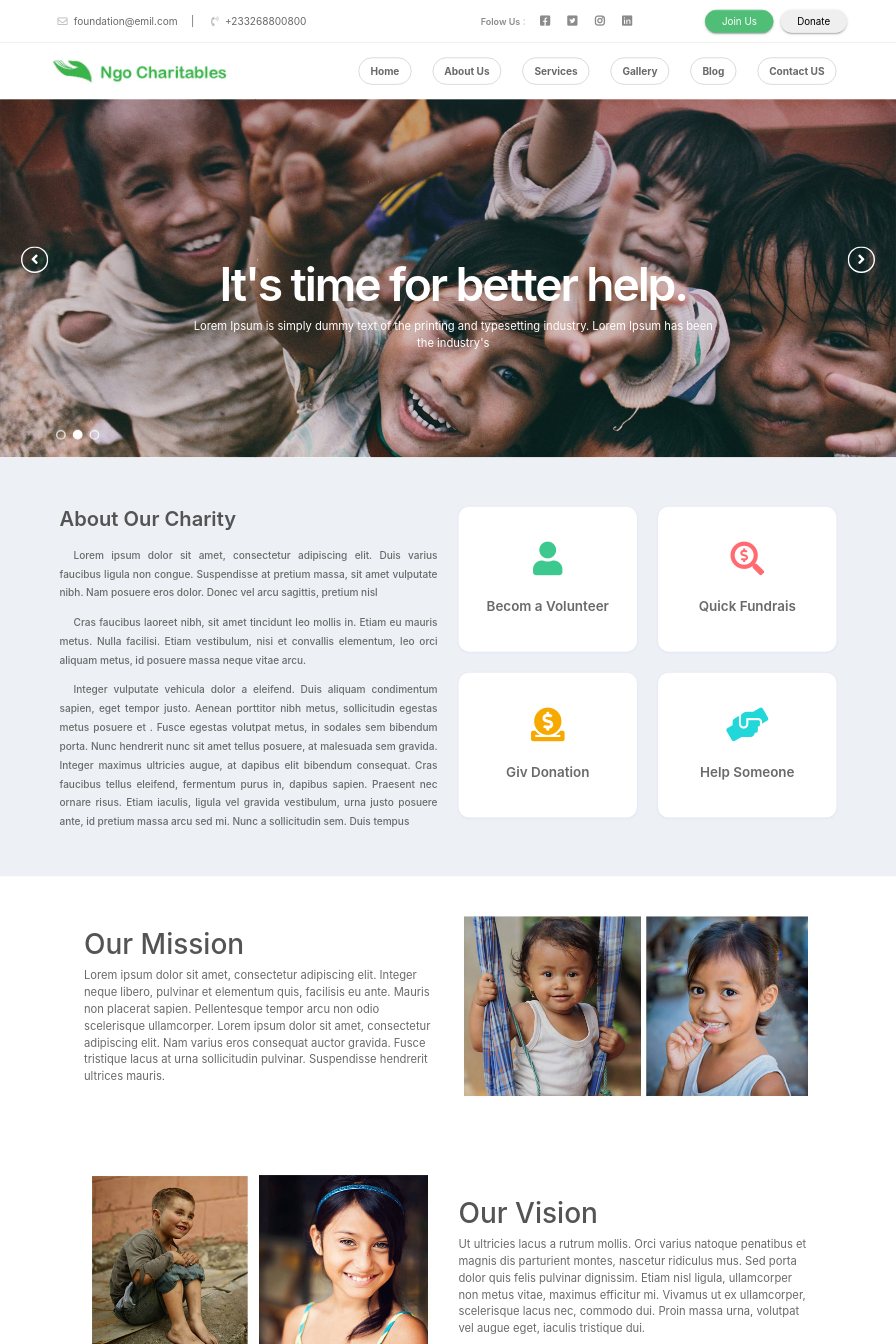
Repository: charisad/ngowebsite
Page: index.html
An editor plug-in stored every save of this project. The page is shown before and after a run of saves, followed by the edit.
The browser window is 1280 px wide. The pictures show the part of the page from y = 0 to 1920 px (the page is 5027 px tall before and 5055 px after), at 70% of full size.
Backgrounds fixed to the window are drawn as part of the page.

Above is the page before, as saved 2022-11-25 15:50:37.

After the next 4 saves:
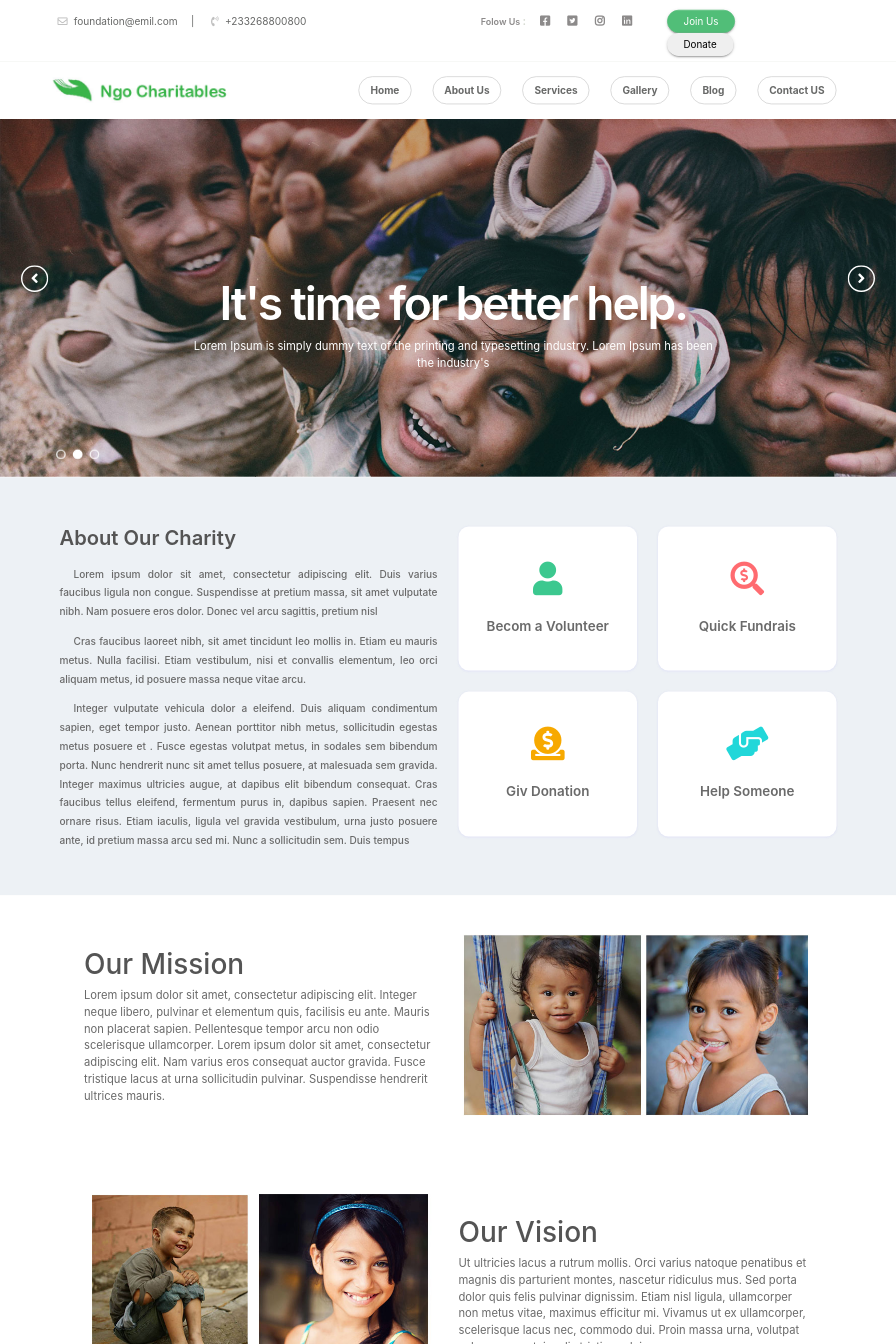
The 4 saves are shown as one change because they came seconds apart.
The last was saved 36 s later.
--- a/index.html
+++ b/index.html
@@ -38,7 +38,7 @@
                     <ul class="ulright">
                        <li> <small>Folow Us </small>:</li>
                         <li>
-                            <i class="fab fa-facebook-square"></i>
+                            <a href="http://facebook.com"><i class="fab fa-facebook-square"></i>
                         </li>
                         <li>
                             <i class="fab fa-twitter-square"></i>
